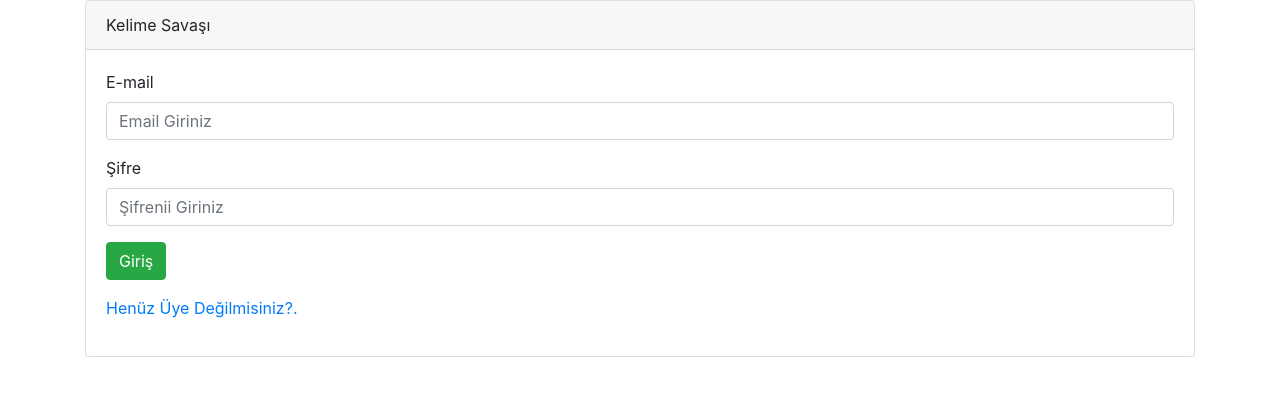
Repository: triapost/kelimeapp
Page: /login
The author's editor kept a copy of each file at every save. The page is drawn from the files as they stood at one save, then again after a run of saves.
The browser window is 1280 px wide. The pictures show the whole page.
The project was rebuilt for these pictures with package versions that can differ from the ones it lists, and the page was loaded fresh each time. Also part of the build but not shown: src/pages/auth/Register.js, src/pages/home/Home.js.

Above is the page before, as saved 2020-09-15 22:29:35.

### public/index.html
<!DOCTYPE html>
<html lang="en">
  <head>
    <meta charset="utf-8" />
    <link rel="icon" href="%PUBLIC_URL%/favicon.ico" />
    <meta name="viewport" content="width=device-width, initial-scale=1" />
    <meta name="theme-color" content="#000000" />
    <meta
      name="description"
      content="Web site created using create-react-app"
    />
    <link rel="apple-touch-icon" href="%PUBLIC_URL%/logo192.png" />
    <!--
      manifest.json provides metadata used when your web app is installed on a
      user's mobile device or desktop. See https://developers.google.com/web/fundamentals/web-app-manifest/
    -->
    <link rel="manifest" href="%PUBLIC_URL%/manifest.json" />
    <link
      rel="stylesheet"
      href="https://stackpath.bootstrapcdn.com/bootstrap/4.5.2/css/bootstrap.min.css"
      integrity="sha384-JcKb8q3iqJ61gNV9KGb8thSsNjpSL0n8PARn9HuZOnIxN0hoP+VmmDGMN5t9UJ0Z"
      crossorigin="anonymous"
    />
    <!--
      Notice the use of %PUBLIC_URL% in the tags above.
      It will be replaced with the URL of the `public` folder during the build.
      Only files inside the `public` folder can be referenced from the HTML.

      Unlike "/favicon.ico" or "favicon.ico", "%PUBLIC_URL%/favicon.ico" will
      work correctly both with client-side routing and a non-root public URL.
      Learn how to configure a non-root public URL by running `npm run build`.
    -->
    <title>React App</title>
  </head>
  <body>
    <noscript>You need to enable JavaScript to run this app.</noscript>
    <div id="root"></div>
    <!--
      This HTML file is a template.
      If you open it directly in the browser, you will see an empty page.

      You can add webfonts, meta tags, or analytics to this file.
      The build step will place the bundled scripts into the <body> tag.

      To begin the development, run `npm start` or `yarn start`.
      To create a production bundle, use `npm run build` or `yarn build`.
    -->
  </body>
</html>

### src/pages/index.js
export { default as Login } from "./auth/Login";
export { default as Register } from "./auth/Register";
export { default as Home } from "./home/Home";

### src/pages/auth/Login.js
import React, { useState } from "react";
import { Link } from "react-router-dom";

const Login = () => {
  return (
    <div className="container">
      <div className="card">
        <div className="card-header">Kelime Savaşı</div>
        <div className="card-body">
          <form>
            <div className="form-group">
              <label htmlFor="">E-mail</label>
              <input
                type="email"
                className="form-control"
                placeholder="Email Giriniz"
                name="email"
                required
              />
            </div>
            <div className="form-group">
              <label htmlFor="">Şifre</label>
              <input
                type="password"
                className="form-control"
                placeholder="Şifrenii Giriniz"
                name="password"
                required
              />
            </div>
            <div className="form-group">
              <button className="btn btn-success">Giriş</button>
            </div>{" "}
            <div className="form-group"> <Link to="/register">Henüz Üye Değilmisiniz?.</Link></div>
          </form>
        </div>
      </div>
    </div>
  );
};

export default Login;

Loaded but not shown: src/index.js (common file); src/App.js (common file)

After the next 2 saves:
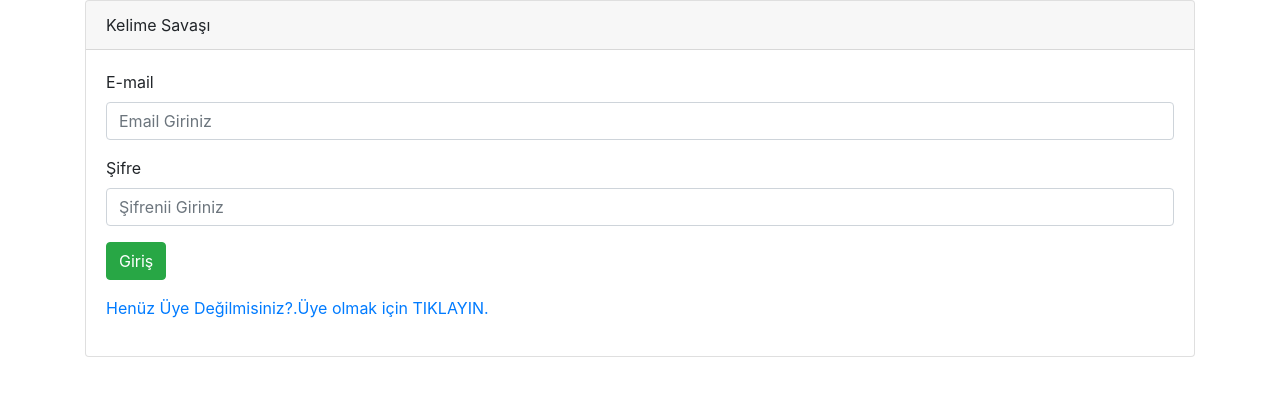
The 2 saves are shown as one change because they came seconds apart.
The last was saved 10 s later.
--- a/src/pages/auth/Login.js
+++ b/src/pages/auth/Login.js
@@ -31,7 +31,12 @@ const Login = () => {
             <div className="form-group">
               <button className="btn btn-success">Giriş</button>
             </div>{" "}
-            <div className="form-group"> <Link to="/register">Henüz Üye Değilmisiniz?.</Link></div>
+            <div className="form-group">
+              {" "}
+              <Link to="/register">
+                Henüz Üye Değilmisiniz?.Üye olmak için TIKLAYIN.
+              </Link>
+            </div>
           </form>
         </div>
       </div>
